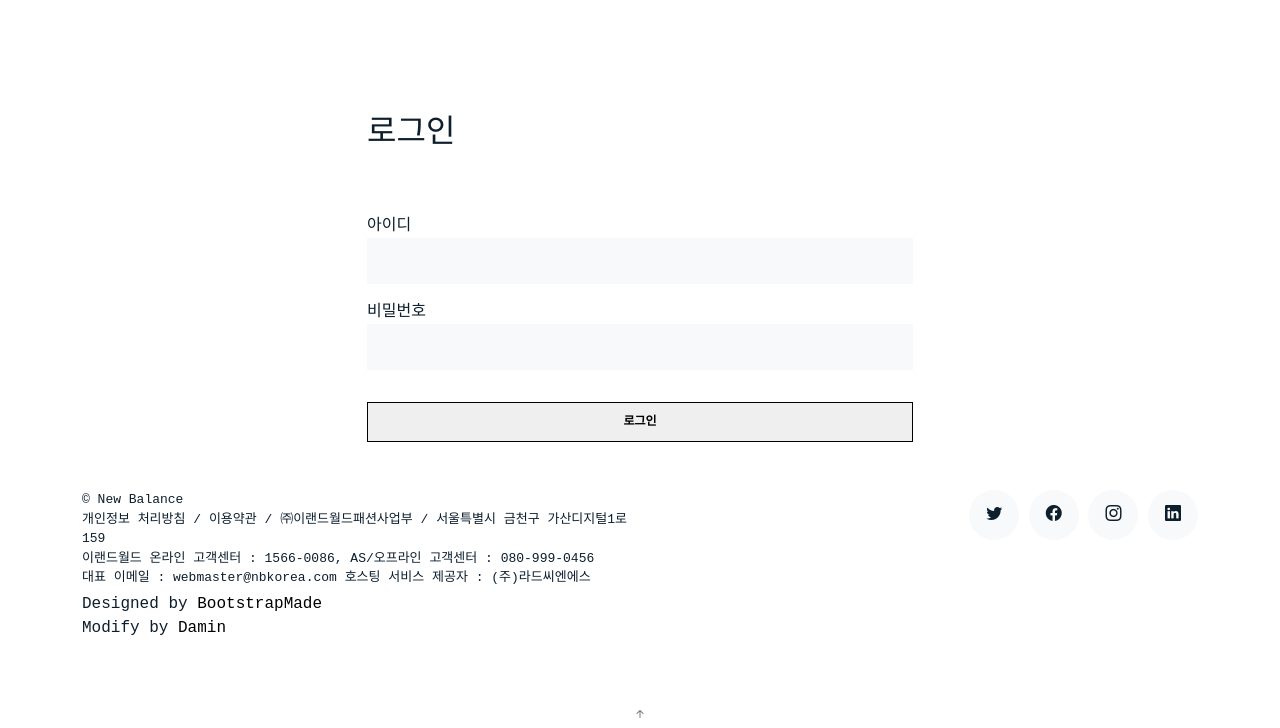
Repository: gotdori/spring
Page: http://localhost/LDM/WEB-INF/views/user/u_login.jsp
These files come from the project's save history. The page is drawn as it stood at one moment and after the next save; the edit follows.
The browser window is 1280 px wide. The pictures show the whole page.
Some web fonts or font styles are not loaded; a fallback is used. Some web libraries are served in a nearby version. The page is served by Tomcat 9. Nobody is signed in. The template is opened directly, without the code that normally fills it, so the values that code supplies are empty.

Above is the page before, as saved 2023-03-23 07:34:02.

After the next save:
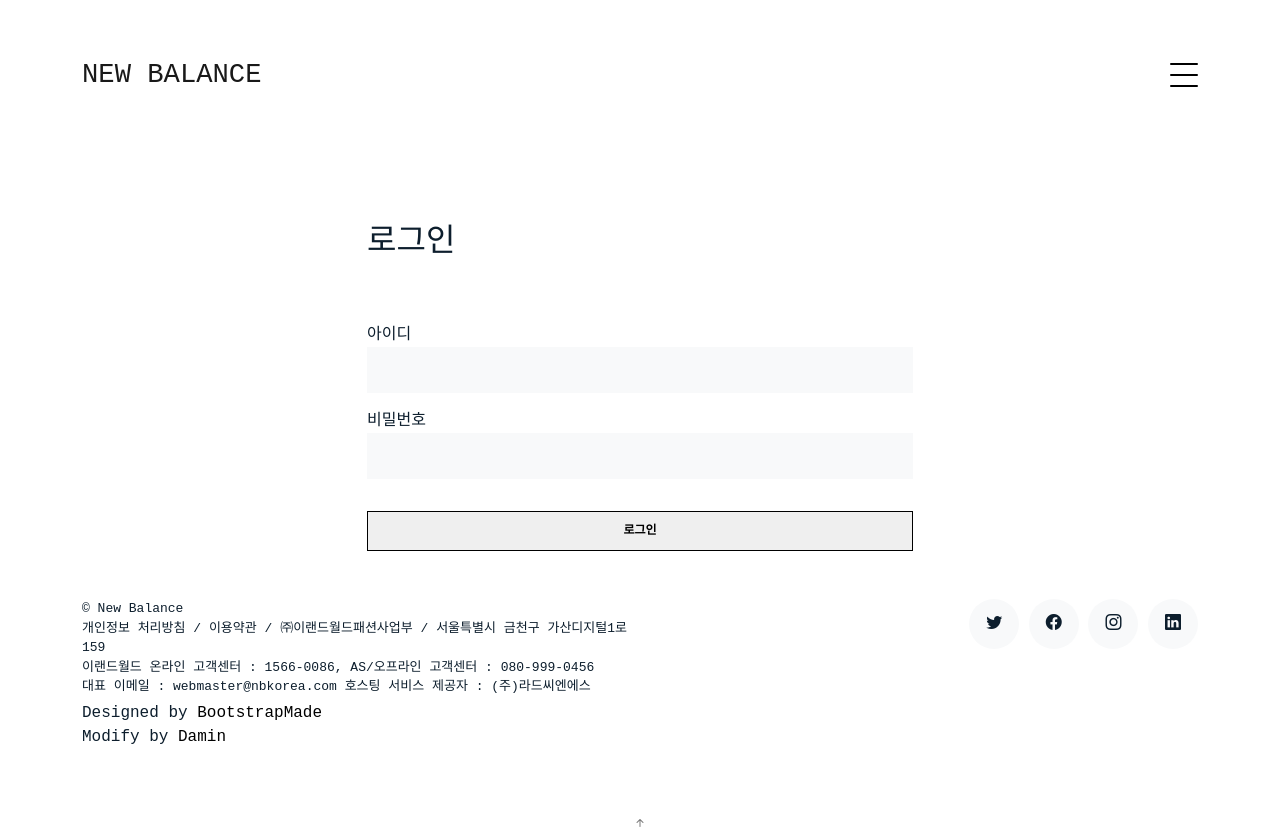
Saved 32 s later.
--- a/spring_workspace1/LDM/src/main/webapp/WEB-INF/views/user/u_login.jsp
+++ b/spring_workspace1/LDM/src/main/webapp/WEB-INF/views/user/u_login.jsp
@@ -15,6 +15,7 @@
 </head>
 
 <body>
+<%@include file="../include/nav.jsp"%>
   <main id="main">
 
     <section class="section pb-5">
